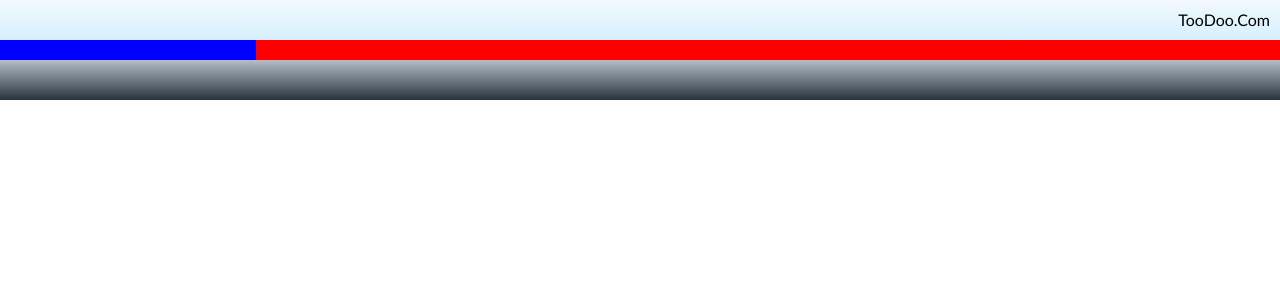
Repository: pleanoma/TooDoo
Page: http://localhost/TooDoo/Home.jsp
These files come from the project's save history. The page is drawn as it stood at one moment and after the next save; the edit follows.
The browser window is 1280 px wide. The pictures show the whole page.
The page is served by Tomcat 9.

Above is the page before, as saved 2013-11-27 08:07:59.

After the next save:
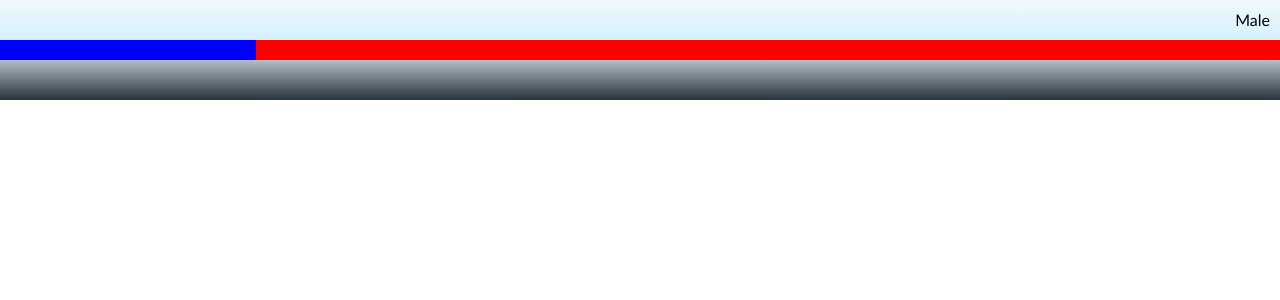
Saved 103 s later.
--- a/TooDoo/WebContent/Home.jsp
+++ b/TooDoo/WebContent/Home.jsp
@@ -10,7 +10,7 @@
 <body>
 	<div id="header">
 		<div class="userdetail">
-			TooDoo.Com
+			<label for="UserDetail">Male</label>
 		</div>
 	</div>
 	<div class="clr">
